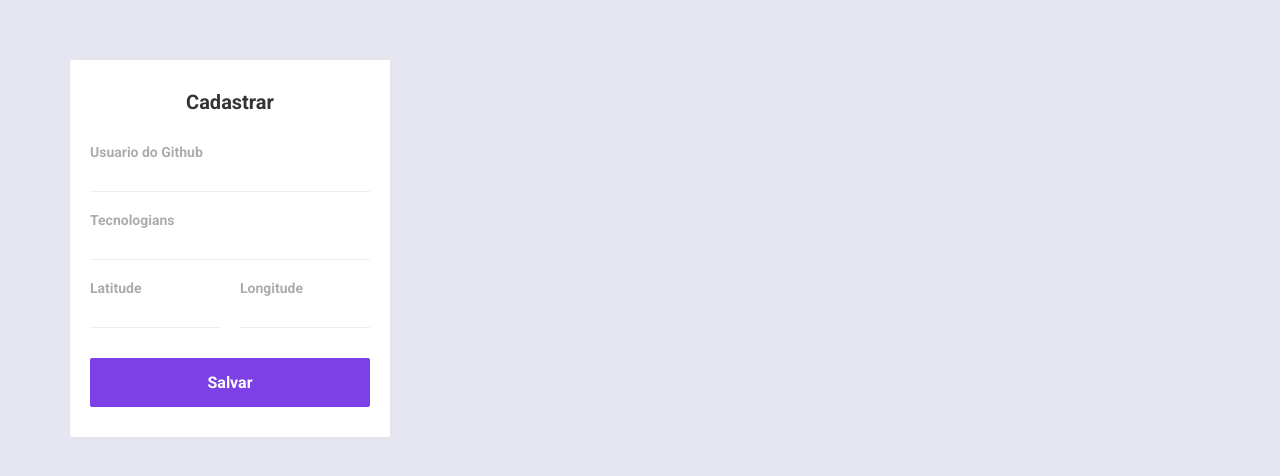
Repository: vadyvarela/semanaOmnistack10
Page: / (app in frontend/)
These files come from the project's save history. The page is drawn as it stood at one moment and after the next save; the edit follows.
The browser window is 1280 px wide. The pictures show the whole page.
The page's requests for data from a server got no answer. The project was rebuilt for these pictures with package versions that can differ from the ones it lists, and the page was loaded fresh each time. No one was signed in, and anything a server would have sent is missing. Also part of the build but not shown: frontend/src/components/DevItem/styles.css, frontend/src/components/DevItem/index.js.

Above is the page before, as saved 2020-01-19 13:02:14.

After the next save:
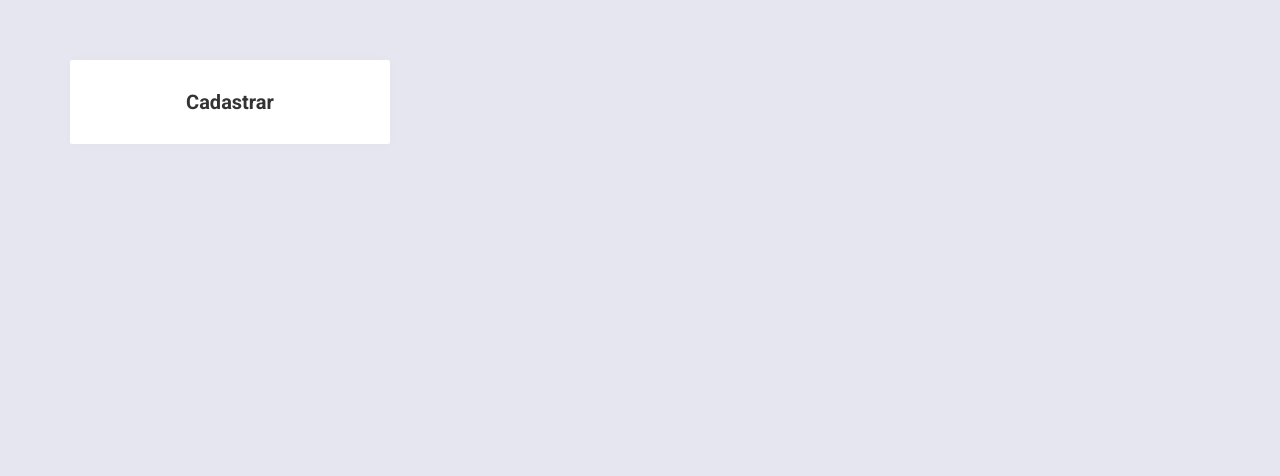
Saved 41 s later.
--- a/frontend/src/App.js
+++ b/frontend/src/App.js
@@ -9,27 +9,6 @@ import DevItem from './components/DevItem';
 
 function App() {
   const [devs, setDevs] = useState([]);
-
-  const [latitude, setLatitude] = useState('');
-  const [longitude, setLongitude] = useState('');
-  const [github_username, setGithubUsername] = useState('');
-  const [techs, setTechs] = useState('');
-
-  useEffect(() => {
-    navigator.geolocation.getCurrentPosition(
-      (position) => {
-        const { latitude, longitude } = position.coords;
-        setLatitude(latitude);
-        setLongitude(longitude);
-      },
-      (err) => {
-        console.log(err);
-      },
-      {
-        timeout: 30000,
-      }
-    )
-  }, []);
 
   useEffect(() => {
     async function LoadDevs() {
@@ -62,55 +41,7 @@ function App() {
     <div id="app">
       <aside>
         <strong>Cadastrar</strong>
-        <form onSubmit={handleAddDev}>
-          <div className="input_block">
-            <label htmlFor="github_username">Usuario do Github</label>
-            <input
-              name="github_username"
-              id="github_username"
-              value={github_username}
-              onChange={e => setGithubUsername(e.target.value)}
-              required
-            />
-          </div>
 
-          <div className="input_block">
-            <label htmlFor="techs">Tecnologians</label>
-            <input
-              name="techs"
-              id="techs"
-              required
-              value={techs}
-              onChange={e => setTechs(e.target.value)}
-            />
-          </div>
-
-          <div className="input_group">
-            <div className="input_block">
-              <label htmlFor="latitude">Latitude</label>
-              <input
-                type="text"
-                name="latitude"
-                id="latitude"
-                value={latitude}
-                required
-                onChange={e => setLatitude(e.target.value)}
-              />
-            </div>
-            <div className="input_block">
-              <label htmlFor="longitude">Longitude</label>
-              <input
-                type="text"
-                name="longitude"
-                id="longitude"
-                value={longitude}
-                required
-                onChange={e => setLongitude(e.target.value)}
-              />
-            </div>
-          </div>
-          <button type="submit"> Salvar </button>
-        </form>
       </aside>
       <main>
         <ul>
